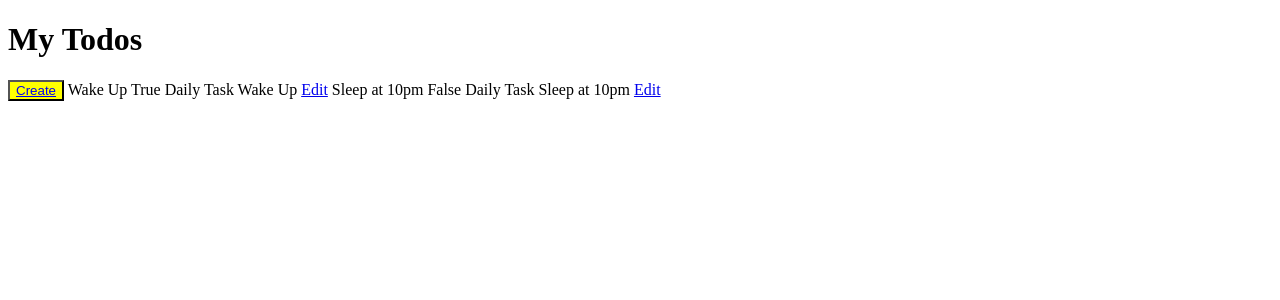
Repository: 99Ace/djangoLesson
Page: http://localhost/todos/
The author's editor kept a record of every edit. The page is drawn from the files as they stood at one moment, then again after the next edit.
The browser window is 1280 px wide. The pictures show the whole page.
The page is served by the project's application, run on Django 2.2 (manage.py). Other server files are loaded and not shown. The page reads the database file committed with the project.

Above is the page before.

### todos/views.py
from django.shortcuts import render, HttpResponse, redirect, get_object_or_404
from .models import Item
from .forms import ItemForm

# Create your views here.
def show_todos(request):
    results = Item.objects.all()
    return render(request, "todo.html", {
        'items':results
    })

# CREATE FUNCTION
def create_item(request):
  if request.method == "POST":
        form = ItemForm(request.POST, request.FILES)
        if form.is_valid():
            form.save()
            return redirect(show_todos)
  else:
     form = ItemForm()
     return render(request, "todo_form.html", {'form': form})

#create new function
def edit_item(request, id):
    item = get_object_or_404(Item, pk=id)

    if request.method == "POST":
        form = ItemForm(request.POST, instance=item)
        if form.is_valid():
            form.save()
            return redirect(show_todos)
    else:
        form = ItemForm(instance=item)
    return render(request, "todo_form.html", {'form': form})

### todos/templates/todo.html
<!DOCTYPE html>
<html lang="en">
<head>
    <meta charset="UTF-8">
    <meta name="viewport" content="width=device-width, initial-scale=1.0">
    <meta http-equiv="X-UA-Compatible" content="ie=edge">
    <title>Document</title>
</head>
<body>
    <h1> My Todos</h1>
    <button style="background-color:yellow"><a href="create">Create</a></button>
    <tr>
        {% for i in items %}
         <td>
             {{ i.name }}
             {{ i.done }}
             {{ i.tag }}
             {{ i.category }}
             {{ i.name }} <a href="edit/{{i.id}}">Edit</a>
         </td>
        {%endfor%}
    </tr>
</body>
</html>

### todos/models.py
from django.db import models

# Create your models here.
# declare a class named "Item"
class Item(models.Model):
    name = models.CharField(max_length=30, blank=False)
    done = models.BooleanField(blank=False, default=False)
    ongoing = models.BooleanField(blank=False, default=False)
    completed_at = models.DateField(blank=True, null=True, default=None)
    category = models.ForeignKey('Category', on_delete=models.CASCADE)
    tags = models.ManyToManyField('Tag')
    assign = models.ForeignKey('Arrow', on_delete=models.CASCADE)

    def __str__(self):
        return self.name

class Category(models.Model):
    name = models.CharField(max_length=255, blank=False)
    def __str__(self):
        return self.name

class Tag(models.Model):
    name = models.CharField(max_length=50, blank=False)
    def __str__(self):
        return self.name

class Arrow(models.Model):
    name = models.CharField(max_length=255, blank=False)
    def __str__(self):
        return self.name

### todo_project/urls.py
"""todo_project URL Configuration

The `urlpatterns` list routes URLs to views. For more information please see:
    https://docs.djangoproject.com/en/2.2/topics/http/urls/
Examples:
Function views
    1. Add an import:  from my_app import views
    2. Add a URL to urlpatterns:  path('', views.home, name='home')
Class-based views
    1. Add an import:  from other_app.views import Home
    2. Add a URL to urlpatterns:  path('', Home.as_view(), name='home')
Including another URLconf
    1. Import the include() function: from django.urls import include, path
    2. Add a URL to urlpatterns:  path('blog/', include('blog.urls'))
"""
from django.contrib import admin
from django.urls import path
from todos.views import show_todos, create_item, edit_item  #<-- add function name here


urlpatterns = [
    path('admin/', admin.site.urls),
    path('todos/',show_todos),
    path('todos/create', create_item),
    path('todos/edit/<id>', edit_item)
    # path('todos/delete'<--route , function name)
]

### db.sqlite3 (the tables this page reads, as SQL)
CREATE TABLE "todos_category" ("id" integer NOT NULL PRIMARY KEY AUTOINCREMENT, "name" varchar(255) NOT NULL);
INSERT INTO "todos_category" VALUES
(1, 'Daily Task'),
(2, 'Achoc Task'),
(3, 'Random Task');

CREATE TABLE "todos_item" ("id" integer NOT NULL PRIMARY KEY AUTOINCREMENT, "name" varchar(30) NOT NULL, "done" bool NOT NULL, "completed_at" date NULL, "ongoing" bool NOT NULL, "category_id" integer NOT NULL REFERENCES "todos_category" ("id") DEFERRABLE INITIALLY DEFERRED, "assign_id" integer NOT NULL REFERENCES "todos_arrow" ("id") DEFERRABLE INITIALLY DEFERRED);
INSERT INTO "todos_item" VALUES
(1, 'Wake Up', 1, NULL, 0, 1, 3),
(2, 'Sleep at 10pm', 0, NULL, 0, 1, 3);

After the next edit:
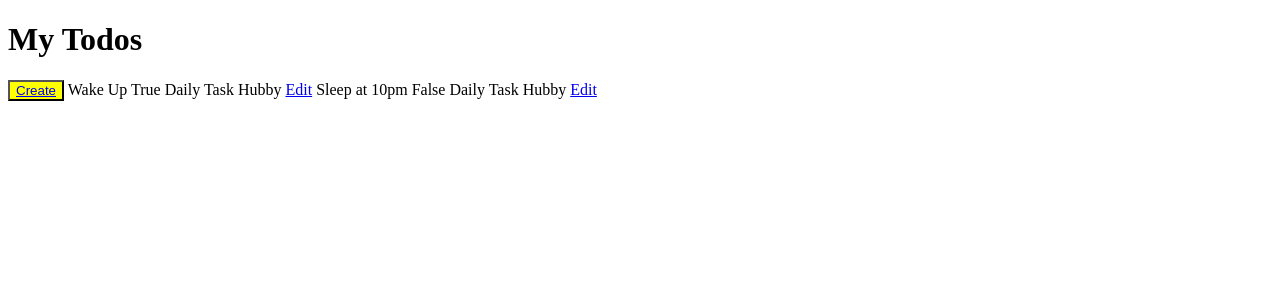
The edit:
--- a/todos/templates/todo.html
+++ b/todos/templates/todo.html
@@ -16,7 +16,7 @@
              {{ i.done }}
              {{ i.tag }}
              {{ i.category }}
-             {{ i.name }} <a href="edit/{{i.id}}">Edit</a>
+             {{ i.assign }} <a href="edit/{{i.id}}">Edit</a>
          </td>
         {%endfor%}
     </tr>
